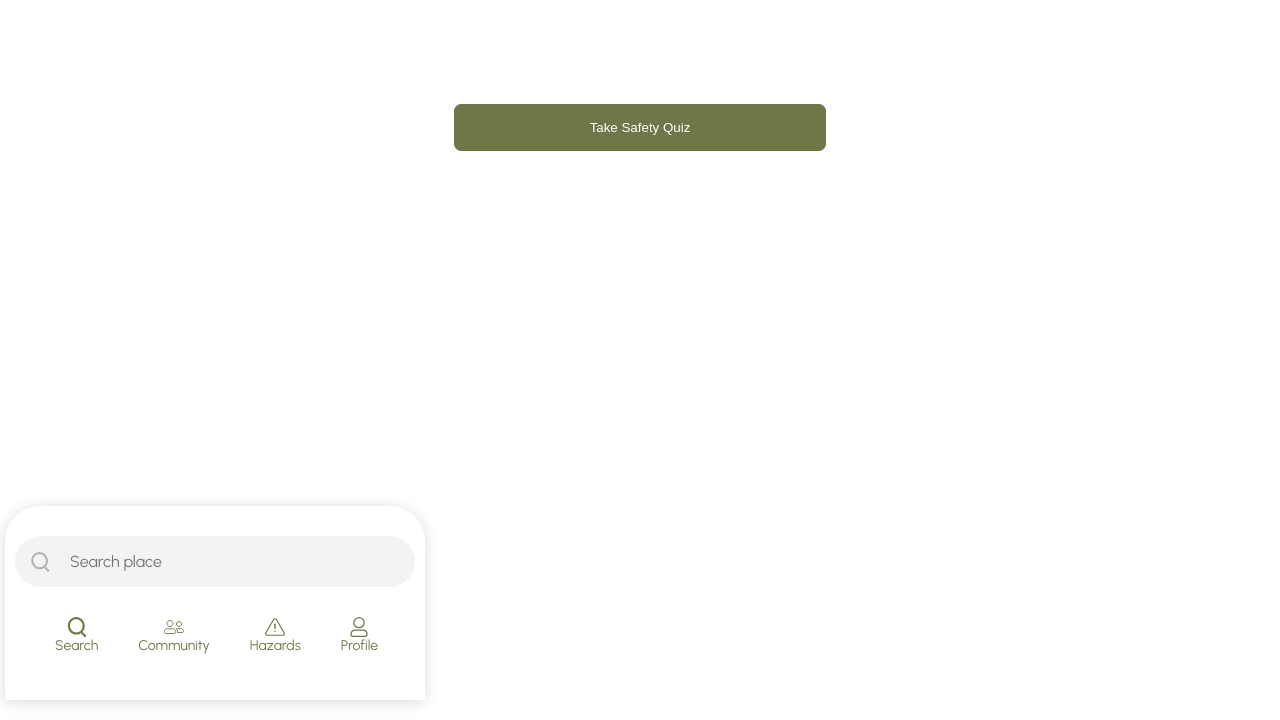
Repository: Aladdin3r/SafeCycle
Page: /
The author's editor kept a copy of each file at every save. The page is drawn from the files as they stood at one save, then again after a run of saves.
The browser window is 1280 px wide. The pictures show the whole page.
The project was rebuilt for these pictures with package versions that can differ from the ones it lists, and the page was loaded fresh each time. The framework's server and built-in components were replaced by stand-ins that run in the browser.

Above is the page before, as saved 2024-04-15 13:14:32.

After the next 5 saves:
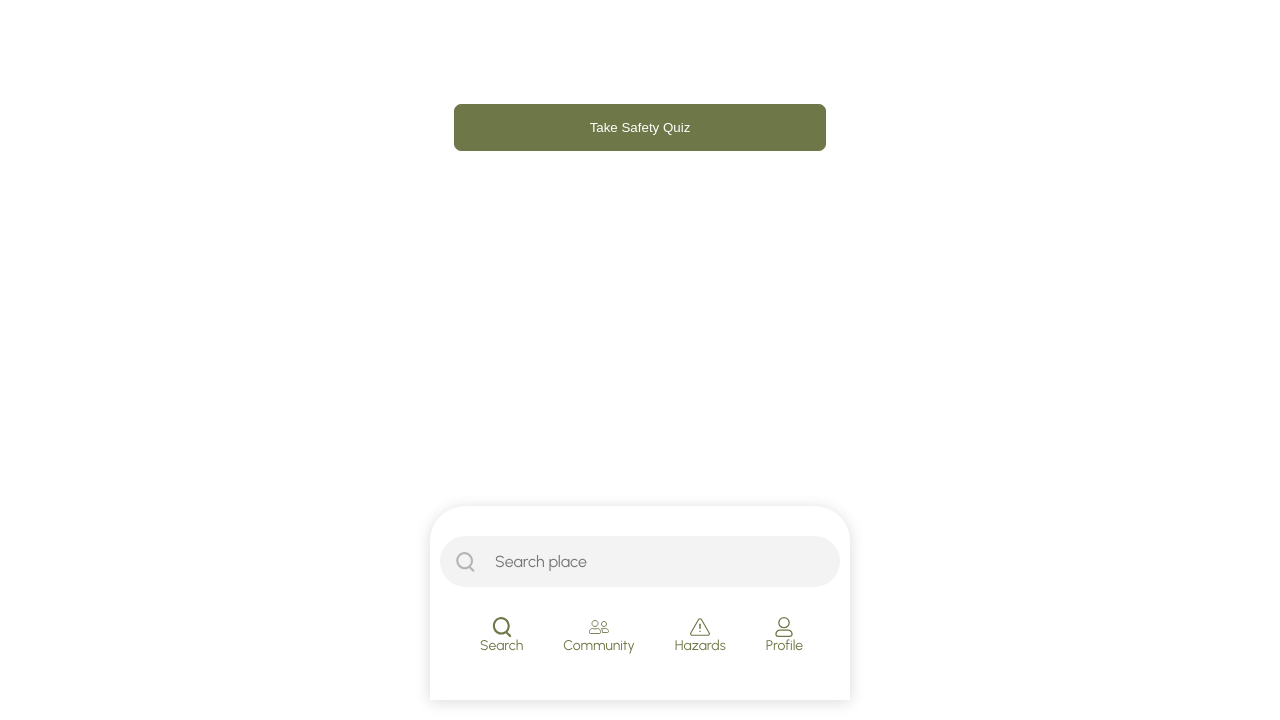
The 5 saves are shown as one change because they came seconds apart.
The last was saved 19 s later.
--- a/components/NavBar/NavBar.module.css
+++ b/components/NavBar/NavBar.module.css
@@ -27,8 +27,7 @@
     align-items: center;
     position: fixed;
     bottom: 0;
-    left: 5px;
-    width: 100%;
+    width: 100% auto;
     background-color: white;
     padding: 10px;
     border-radius: 35px 35px 0px 0px;
